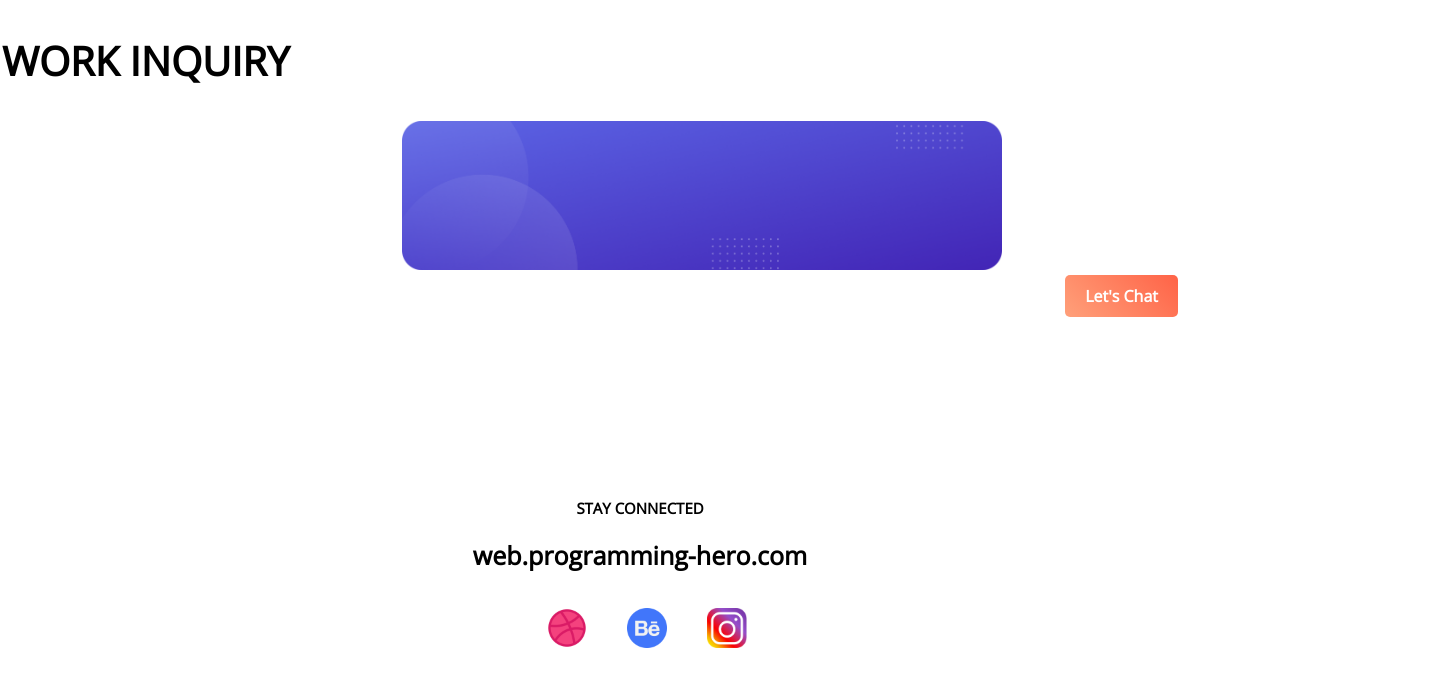
Repository: sabbircse3/personal-website
Page: index.html
An editor plug-in stored every save of this project. The page is shown before and after a run of saves, followed by the edit.
The browser window is 1280 px wide. The page is 1442 px wide, so the pictures cover 1442 px, including what lies to the right of the window. The pictures show the part of the page from y = 2386 to 3202 px (the page is 3069 px tall before and 3202 px after).

Above is the page before, as saved 2021-01-06 03:55:49.

### index.html
<!DOCTYPE html>
<html lang="en">
<head>
    <title>personal-website</title>
    <link rel="preconnect" href="https://fonts.gstatic.com">
    <link href="https://fonts.googleapis.com/css2?family=Open+Sans&display=swap" rel="stylesheet">
    <link rel="stylesheet" href="style.css">
</head>
<body>

        <div class="menu-1">
            <ul id="menu">
                <li><a href="#">Contact</a></li>
                <li><a href="#">Protfolio</a></li>
                <li><a href="#">Work</a></li>
                <li><a href="#">About</a></li>
            </ul>
        </div>


    <section class="top-banner ">
        <div class="half-width">
            <h1>HELLO, I'M <br> <span class="name-highlight">SABBIR HASAN</span></h1>
            <p>A full stack allaround designer that placerat in massa consectetur</p>
            <a class="link-button" target="_blank" href="https://www.linkedin.com/company/programminghero/">HIRE ME</a>
        </div>

        <div class="half-width">
            <img src="images/sabbir1.png" alt="">
        </div>
    </section>

    <section class="about ">
        <div class="half-width">
            <img src="images/sabbir1.png" alt="">
        </div>

        <div class="half-width">
            <h2> ABOUT</h2>
            <p>Lorem Ipsum is simply dummy text of the printing and typesetting industry. Lorem Ipsum has been the industry's standard dummy text ever since the 1500s, when an unknown printer took a galley of type and scrambled it to make a type specimen book.</p>
            <a class="link-button" target="_blank" href="https://www.linkedin.com/company/programminghero/">Download CV</a>
        </div>

    </section>

    <section class="experience-area">
        <h2 id="head-center"><span class="name-highlight">LASTET</span> WORKING PROJECT</h2>
        <div id="first-project" class="half-width single-experience">
            <img  src="images/image 4.png" alt="" class="center">
            <h3>Power-x-gym (gym website)</h3>
            <p>Lorem Ipsum is simply dummy text of the printing and typesetting industry.</p>

        </div>

        <div id="next-project" class="half-width single-experience">
            <img src="images/image 5.png" alt="" class="center">
            <h3>Creative Agency</h3>
            <p>Lorem Ipsum is simply dummy text of the printing and typesetting industry.</p>

        </div>

        <div id="next-project" class="half-width single-experience">
            <img src="images/image 8.png" alt="" class="center">
            <h3>Hard Rock Music</h3>
            <p>Lorem Ipsum is simply dummy text of the printing and typesetting industry.</p>

        </div>

    </section>



    <section class="education">
        <h1> <span class="name-highlight">EDU</span>CATION</h1>
        <div id="bachelor" class="half-width single-experience">
            <h3>Bachelor of Science in Computer Science</h3>
            <h3 class="blue-highlight">Khwaja Yunus Ali University</h3>
            <h3 class="orange-highlight">2016-2020</h3>
            <p>It is a reputaed private university in this country Bangladesh.</p>
        </div>

        <div id="others" class="half-width single-experience">
            <h3>Higher School Certificate</h3>
            <h3 class="blue-highlight">Bhagopara Shahid Dhanesh Uddin School and Collage</h3>
            <h4 class="orange-highlight">2014-2016</h4>
            <p>It is one of the best collage in our north said of country</p>
        </div>

		<div id="others" class="half-width single-experience">
            <h3>Secoundary School Certificate</h3>
            <h3 class="blue-highlight">Rajapur High School</h3>
            <h4 class="orange-highlight">2009-2014</h4>
            <p>This school is one of the best school in my native area where i was bron.</p>
        </div>

    </section>


    <section>
        <div class="lowest-banner">
            <h2>WORK INQUIRY </h2>
        </div>
        <div class="low-mid">
            <img src="images/Group_33094_1.png" width="600px" height="">
        </div>
        <div>
            <a class="chat-button" target="_blank" href="https://www.linkedin.com/company/programminghero/">Let's Chat</a>
        </div>

    </section>


    <footer>
        <h3>STAY CONNECTED</h3>
        <h2>web.programming-hero.com</h2>
        <div class="chat">
            <div class=" chat-experience">
                <img  src="images/image 6.png" alt="" class="center">
            </div>

            <div  class=" chat-experience">
                <img src="images/Group 33059.png" alt="" class="center">
            </div>

            <div  class=" chat-experience">
                <img src="images/image 7.png" alt="" class="center">
            </div>
        </div>

    </footer>




</body>
</html>

### style.css
body{
    font-family: 'Open Sans', sans-serif;
    margin: 2px;
    font-style: normal;
}
.menu-1{
	height: 90px;
}
#menu{
	list-style-type:none;
	width:900px;
	margin:10px auto;
}
#menu li{
	float:right;
}
#menu li a{
	color:black;
	text-decoration:none;
	padding:5px 10px;
}

h1{
    font-size: 50px;
}
h2{
    font-size: 40px;
}

.name-highlight{
    color: #FF8367;
}
.top-banner{

}
.half-width{
    width: 35%;
    float: left;
    margin-left: 5%;
    padding-left: 2%;
}
.half-width img{
    width: 100%;
}
section{
    height: 450px;
}
.link-button{
    text-decoration: none;
    background-image: linear-gradient(45deg, lightSalmon, tomato);
    padding: 10px 20px;
    border-radius: 5px;
    color: white;
    font-weight: 700;
}
#head-center{
    text-align: center;
    margin: 80px;
    padding: 50px;
}
.experience-area{
    background-color: #E5E5E5;
    background-position: left;
    width: 1440px;
    height: 814px;
}
.center {
    display: block;
    margin-left:-15px;
    margin-top: 15px;
    width: 50%;
  }
.orange-highlight{
    color: orange;
}
.single-experience{
    box-shadow: 0px 4px 4px rgba(0, 0, 0, 0.25);
    border-radius: 10px;
	height: 45%;
	width: 23%;
}
#first-project{
    background-color: white;
}
#next-project{
	background-color: white;
}

.education{
    background-image: url("images/exp-bg.png");
    background-repeat: no-repeat;
    background-position: left;
}
#bachelor{
    border-left: 7px solid;
    border-image: linear-gradient(180deg, lightSalmon, tomato);
    border-image-slice: 1;
    background-color: white;
    height: 55%;
	width: 25%;
}
#others{
    border-left: 7px solid;
    border-image: linear-gradient(180deg, blue, cyan);
    border-image-slice: 1;
    height: 55%;
	width: 25%;
}
.blue-highlight{
    color:rgba(0, 0, 139, 0.705);
}
.lowest-banner{


}
.low-mid{
    margin-left: 400px;
}
.chat-button{
    text-decoration: none;
    background-image: linear-gradient(45deg, lightSalmon, tomato);
    padding: 10px 20px;
    margin-right: 100px;
    border-radius: 5px;
    color: white;
    font-weight: 700;
    float: right;
}

footer h2{
    text-align: center;
    font-size: 25px;
}
footer h3{
    text-align: center;
    font-size: 15px;
}
.chat{
    margin-left: 560px;
}
.chat-experience{
	height: 90px;
    width: 80px;
    display: block;
    float:left;
}

After the next 5 saves:
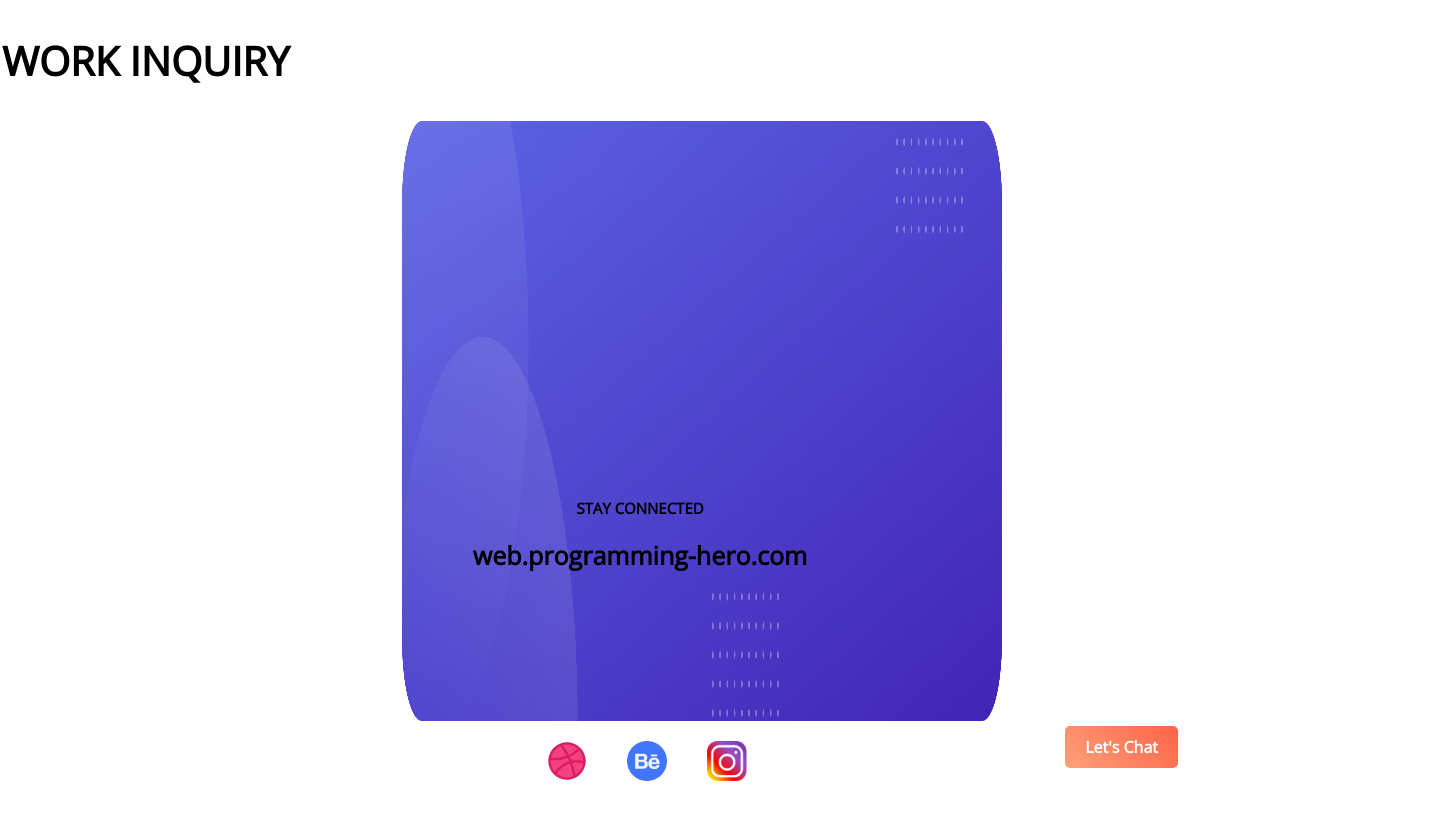
The 5 saves are shown as one change because they came seconds apart.
The last was saved 13 s later.
--- a/index.html
+++ b/index.html
@@ -101,7 +101,7 @@
             <h2>WORK INQUIRY </h2>
         </div>
         <div class="low-mid">
-            <img src="images/Group_33094_1.png" width="600px" height="">
+            <img src="images/Group_33094_1.png" width="600px" height="600">
         </div>
         <div>
             <a class="chat-button" target="_blank" href="https://www.linkedin.com/company/programminghero/">Let's Chat</a>
